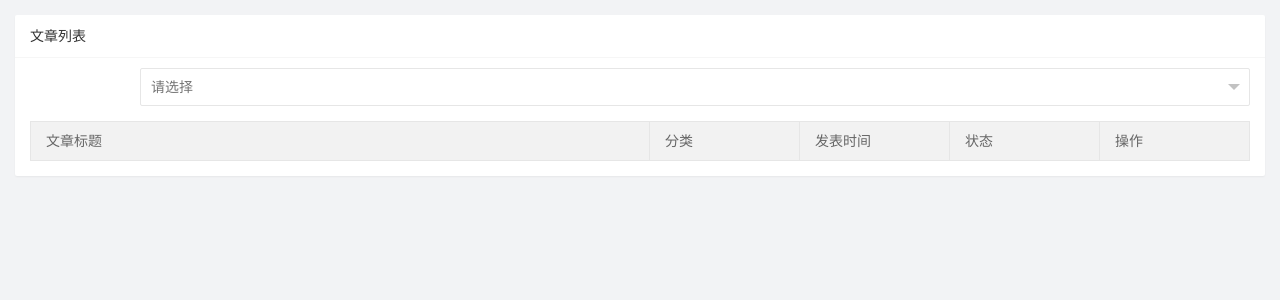
Repository: haloxxi/web_bigevent
Page: article/art-list.html
The author's editor kept a copy of each file at every save. The page is drawn from the files as they stood at one save, then again after the next save.
The browser window is 1280 px wide. The pictures show the whole page.
The page's requests for data from a server got no answer.

Above is the page before, as saved 2022-06-29 15:36:54.
Console error: TypeError: Cannot read properties of undefined (reading 'status')

### article/art-list.html
<!DOCTYPE html>
<html lang="en">

<head>
    <meta charset="UTF-8">
    <meta http-equiv="X-UA-Compatible" content="IE=edge">
    <meta name="viewport" content="width=device-width, initial-scale=1.0">
    <title>文章那个列表</title>
    <link rel="stylesheet" href="/assets/lib/layui/css/layui.css">
    <link rel="stylesheet" href="/assets/css/article/art-list.css">
</head>

<body>
    <!-- 卡片区 -->
    <div class="layui-card">
        <div class="layui-card-header">文章列表</div>
        <div class="layui-card-body">
            <!-- 筛选区域 -->
            <form class="layui-form" action="">
                <div class="layui-form-item">
                    <div class="layui-input-block">
                        <select name="city" lay-verify="required">
                        <option value=""></option>
                        <option value="0">北京</option>
                        <option value="1">上海</option>
                        <option value="2">广州</option>
                        <option value="3">深圳</option>
                        <option value="4">杭州</option>
                      </select>
                    </div>
                </div>
            </form>
            <!-- 列表区域 -->
            <table class="layui-table">
                <colgroup>
                    <col>
                    <col width="150">
                    <col width="150">
                    <col width="150">
                    <col width="150">
                </colgroup>
                <thead>
                    <tr>
                        <th>文章标题</th>
                        <th>分类</th>
                        <th>发表时间</th>
                        <th>状态</th>
                        <th>操作</th>
                    </tr>
                </thead>
                <tbody>

                </tbody>
            </table>
            <!-- 分页区域 -->
        </div>
    </div>

    <!-- 列表数据的模板引擎 -->
    <script type="text/html" id="tpl-table">
        {{each data}}
        <tr>
            <td>{{$value.title}}</td>
            <td>{{$value.cate_name}}</td>
            <td>{{$value.pub_date}}</td>
            <td>{{$value.state}}</td>
            <td>
                <button type="button" class="layui-btn  layui-btn-xs">编辑</button>
                <button type="button" class="layui-btn  layui-btn-danger  layui-btn-xs">删除</button>
            </td>
        </tr>
        {{/each}}
    </script>

    <!-- 导入第三方js -->
    <script src="/assets/lib/layui/layui.all.js"></script>
    <script src="/assets/lib/jquery.js"></script>
    <script src="/assets/js/baseAPI.js"></script>
    <script src="/assets/lib/template-web.js"></script>

    <!-- 导入自己写的js -->
    <script src="/assets/js/article/art-list.js"></script>
</body>

</html>

### assets/css/article/art-list.css
html,
body {
    padding: 0;
    margin: 0;
}

body {
    padding: 15px;
    background-color: #f2f3f5;
}

### assets/js/baseAPI.js
// 注意：每次调用$.get（）/$.ajax()的时候
// 会先调用个ajaxprefilter()这个函数
// 这个函数会给我们Ajax配置一个对象
$.ajaxPrefilter(function(options) {

    // 在发起真正的Ajax之前 统一拼接路径
    // http://api-breakingnews-web.itheima.net
    // https://www.showdoc.com.cn/1425457596992351/6972620264462285
    // http://big-event-api-t.itheima.net
    options.url = 'http://api-breakingnews-web.itheima.net' + options.url
        // console.log(options.url)

    // 统一为有权限的接口设置headers
    // 不是所有都要加headers 只有my开头的需要
    if (options.url.indexOf('/my/') !== -1) {
        options.headers = {
            Authorization: localStorage.getItem('token') || ''
        }
    }

    // 全局挂载complete回调函数
    options.complete = function(res) {
        // console.log('执行了complete回调')
        // console.log(res)
        // 在complete函数中可以那倒res.responseJSON拿到响应回来的数据
        if (res.responseJSON.status === 1 && res.responseJSON.message === '身份认证失败！') {
            // 1-强制清空
            localStorage.removeItem('token')
                // 2-强制跳转登录页面
            location.href = '/login.html'
        }
    }
})

### assets/js/article/art-list.js
$(function() {
    var layer = layui.layer

    //定义一个查询的参数对象
    // 请求数据的时候 需要将请求参数对象 提交到服务器里
    var q = {
            pagenum: 1, //页码值，默认 请求第一页的数据
            pagesize: 2, //每页显示几条数据
            cate_id: '', //文章分类的id
            state: '', //文章发布状态
        }
        // 调用模板函数 美化时间
    template.defaults.imports.dataFormat = function(date) {
        const dt = new Date(date)

        var y = dt.getFullYear()
        var m = padZero(dt.getMonth() + 1)
        var d = padZero(dt.getDate())

        var hh = padZero(dt.getHours())
        var mm = padZero(dt.getMinutes())
        var ss = padZero(dt.getSeconds())

        return y + '-' + m + '-' + d + ' ' + hh + ':' + mm + ':' + ss
    }

    // 定义补零的函数
    function padZero(n) {
        return n > 9 ? n : '0' + n
    }


    initTable()


    // 获取文章数据列表
    function initTable() {
        $.ajax({
            method: 'GET',
            url: '/my/article/list',
            data: q,
            success: function(res) {
                console.log(res)
                if (res.status !== 0) {
                    return layer.msg('获取文章列表失败！')
                }
                //使用模板引擎 渲染页面
                var htmlStr = template('tpl-table', res)
                $('tbody').html(htmlStr)
            }
        })
    }
})

Loaded but not shown: assets/lib/layui/css/layui.css (library); assets/lib/layui/layui.all.js (library); assets/lib/jquery.js (library); assets/lib/template-web.js (library); assets/lib/layui/css/modules/laydate/default/laydate.css (library); assets/lib/layui/css/modules/layer/default/layer.css (library); assets/lib/layui/css/modules/code.css (common file)

After the next save:
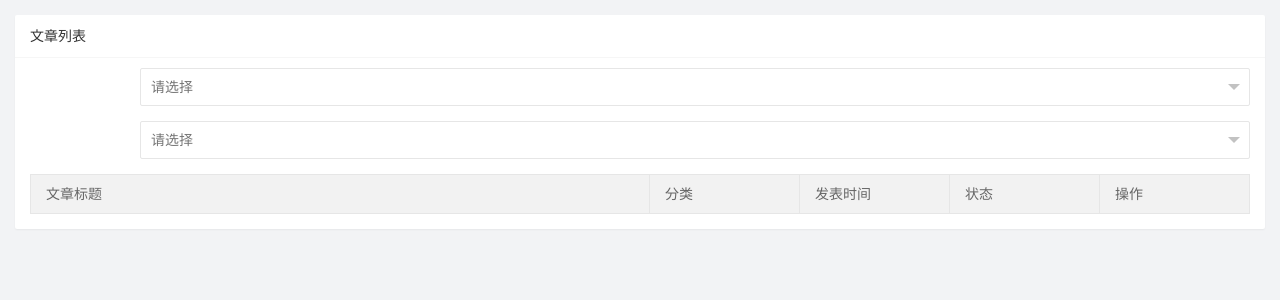
Saved 46 s later.
--- a/article/art-list.html
+++ b/article/art-list.html
@@ -21,6 +21,18 @@
                     <div class="layui-input-block">
                         <select name="city" lay-verify="required">
                         <option value=""></option>
+                        <option value="0">北京</option>
+                        <option value="1">上海</option>
+                        <option value="2">广州</option>
+                        <option value="3">深圳</option>
+                        <option value="4">杭州</option>
+                      </select>
+                    </div>
+                </div>
+                <div class="layui-form-item">
+                    <div class="layui-input-block">
+                        <select name="city" lay-verify="required">
+                        <option value="">请选择</option>
                         <option value="0">北京</option>
                         <option value="1">上海</option>
                         <option value="2">广州</option>
